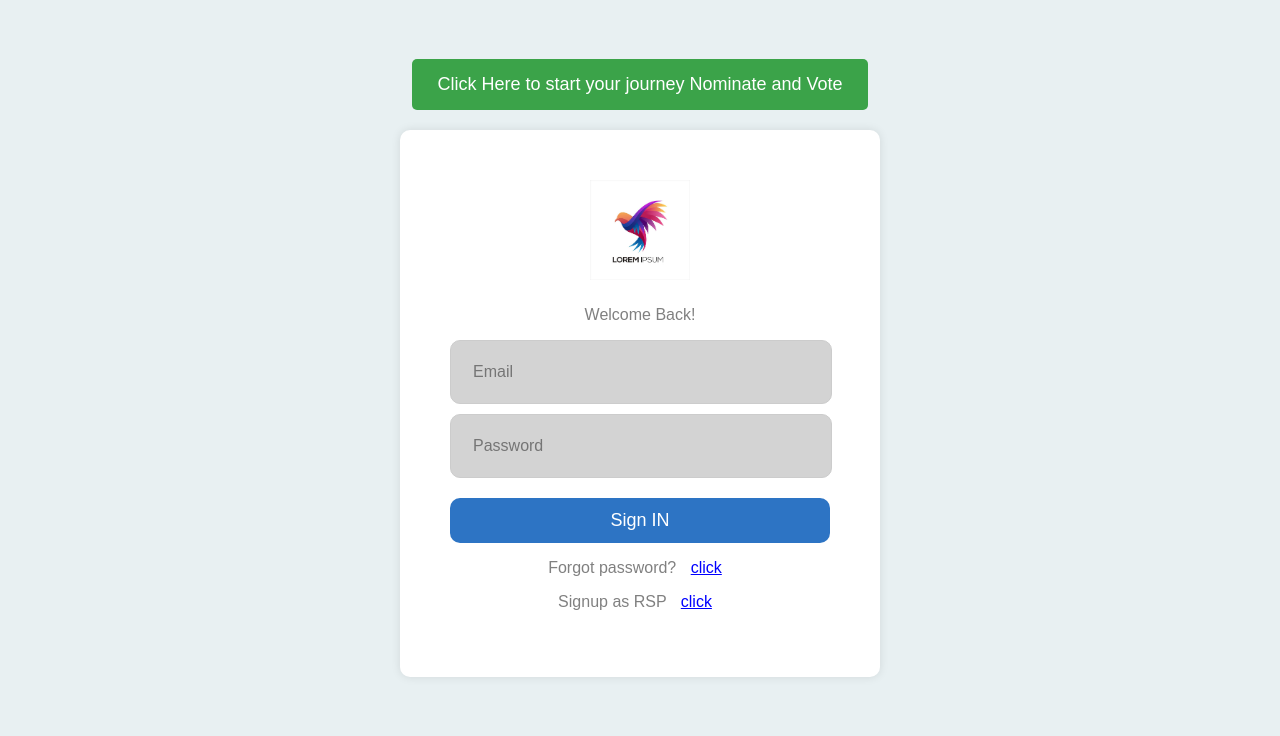
Repository: Femi007-gh/welcome
Page: index.html
An editor plug-in stored every save of this project. The page is shown before and after the next save, followed by the edit.
The browser window is 1280 px wide. The pictures show the whole page.

Above is the page before, as saved 2025-03-10 21:56:37.

### index.html
<html>
<head>
    <title>Login Page</title>
    <link rel="stylesheet" href="style.css">
</head>
<body>
    <button class="green-button">Click Here to start your journey Nominate and Vote</button>
    <div class="container">
        <img src="Logo.jpg" alt="Nigerian Shippers Council Logo">
        <p>Welcome Back!</p>
        <form action="your-server-endpoint" method="post">
            <div class="input-container">
                <input type="email" placeholder="Email" class="lit">
            </div>
            <div class="password-container">
                <input type="password" placeholder="Password" class="fit">
            </div>
            <button type="submit" class="sign-in-button">Sign IN</button>
        </form>
        <div class="links">
            <p class="under">Forgot password? <a href="#" class="underline">click</a> </p>
            <p class="under">Signup as RSP  <a href="#" class="underline">click</a></p>
        </div>
    </div>
</body>
</html>

### style.css
body {
  font-family: Arial, sans-serif;
  background-color: #e8f0f2;
  display: flex;
  justify-content: center;
  align-items: center;
  height: 100vh;
  flex-direction: column;
}
.green-button {
  background-color: #3ba349;
  color: white;
  padding: 15px 25px;
  border: none;
  border-radius: 5px;
  cursor: pointer;
  margin-bottom: 20px;
  font-size: 18px;
}
.container {
  background-color: white;
  padding: 50px;
  border-radius: 10px;
  box-shadow: 0 0 10px rgba(0, 0, 0, 0.1);
  text-align: center;
  width: 380px;
}
.container img {
  width: 100px;
  margin-bottom: 10px;
}
p {
  color: gray;
}
.input-container, .password-container {
  display: flex;
  align-items: center;
  background: #d3d3d3;
  border: 1px solid #ccc;
  border-radius: 10px;
  padding: 10px;
  width: calc(100% - 20px);
  margin: 10px 0;
}
.input-container input, .password-container input {
  border: none;
  outline: none;
  flex: 1;
  background: transparent;
  padding: 12px;
  font-size: 16px;
}
.password-container i {
  cursor: pointer;
  font-size: 18px;
  margin-left: 10px;
}
.sign-in-button {
  background-color: #2d74c4;
  color: white;
  padding: 12px;
  border: none;
  border-radius: 10px;
  cursor: pointer;
  width: 100%;
  font-size: 18px;
  margin-top: 10px;
}
.links {
  margin-top: 10px;
  font-size: 16px;
}
.links a {
  color: gray;
  text-decoration: none;
  margin: 0 10px;
}
.links a.underline {
  color: blue;
  text-decoration: underline;
}

After the next save:
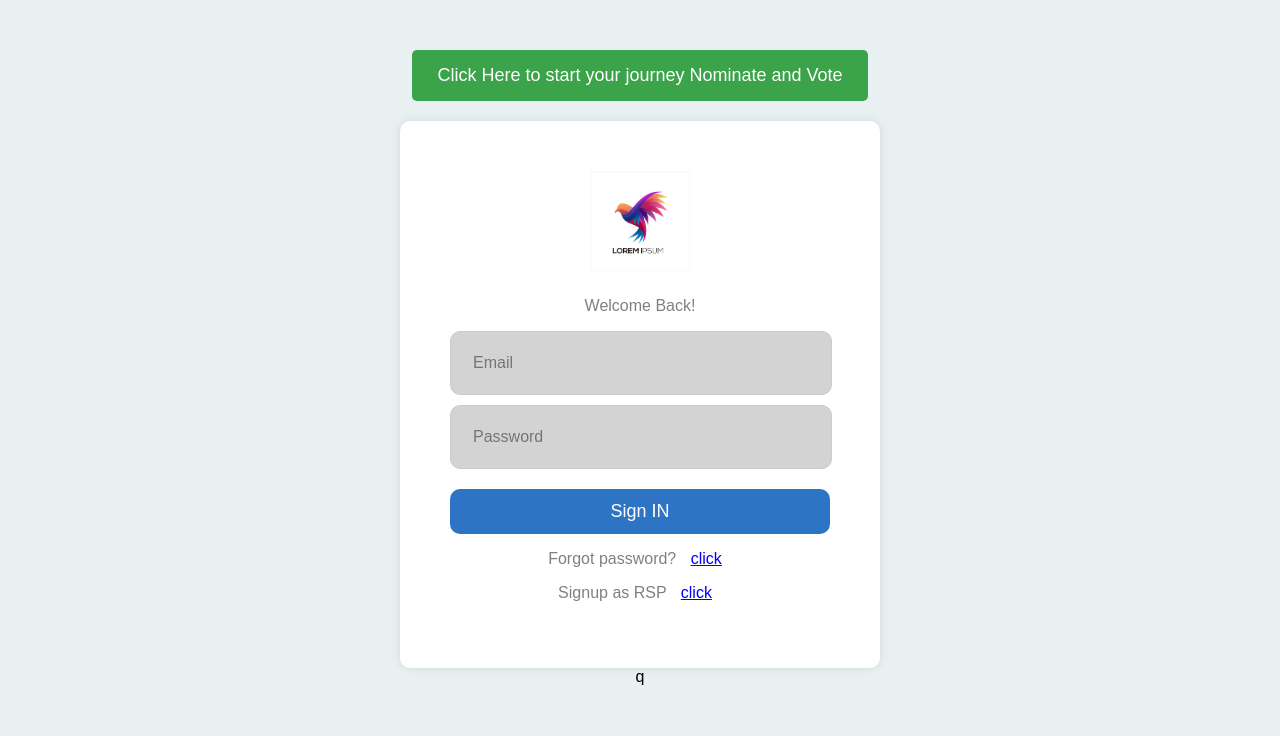
Saved 34 s later.
--- a/index.html
+++ b/index.html
@@ -23,4 +23,4 @@
         </div>
     </div>
 </body>
-</html>
+</html>q

After the save that followed:
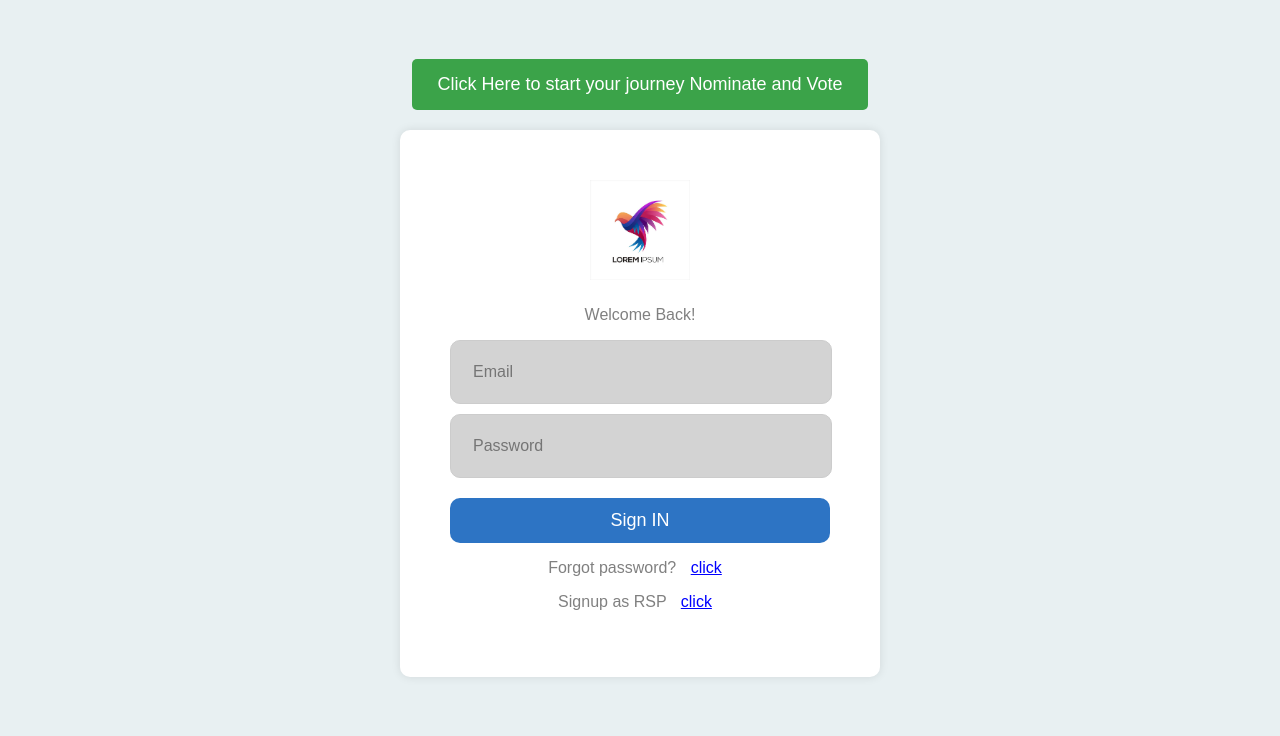
Saved 86 s later.
--- a/index.html
+++ b/index.html
@@ -23,4 +23,4 @@
         </div>
     </div>
 </body>
-</html>q
+</html>
